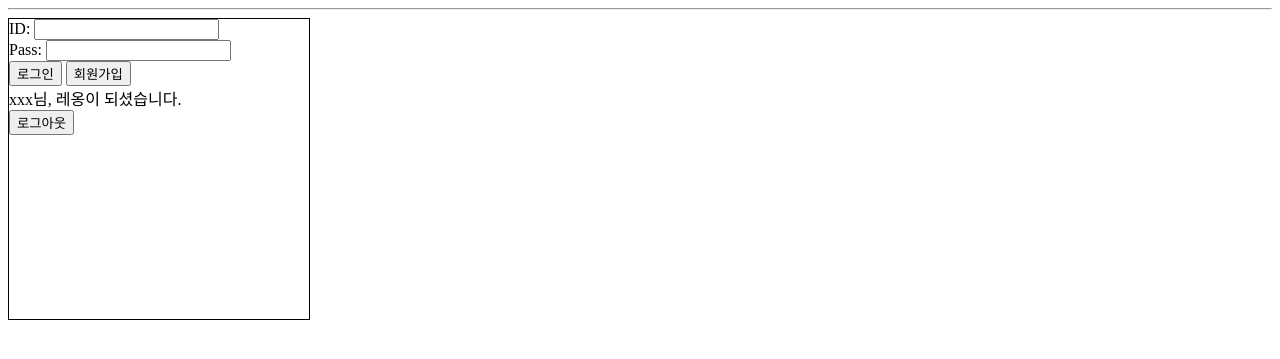
Repository: cartoon1110/KosaSwCourse
Page: workspace-web/HtmlProgramming/WebContent/ajax/ajax05.html
The author's editor kept a copy of each file at every save. The page is drawn from the files as they stood at one save, then again after the next save.
The browser window is 1280 px wide. The pictures show the whole page.

Above is the page before, as saved 2015-08-29 01:43:34.
Console error: SyntaxError: Unexpected token '}'

After the next save:
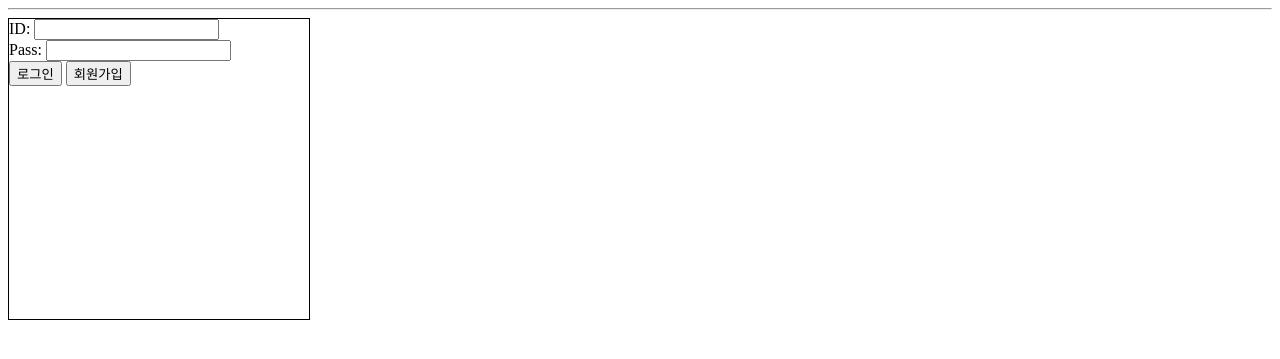
Saved 59 s later.
--- a/workspace-web/HtmlProgramming/WebContent/ajax/ajax05.html
+++ b/workspace-web/HtmlProgramming/WebContent/ajax/ajax05.html
@@ -4,9 +4,8 @@
 		<meta charset="UTF-8">
 		<title>Insert title here</title>
 		<style type="text/css">
-			#result1, #result2{
-				float: left;
-				margin: 10px;
+			#out{
+				display: none;
 			}
 		</style>
 		<script src="jquery-1.11.3.min.js"></script>
